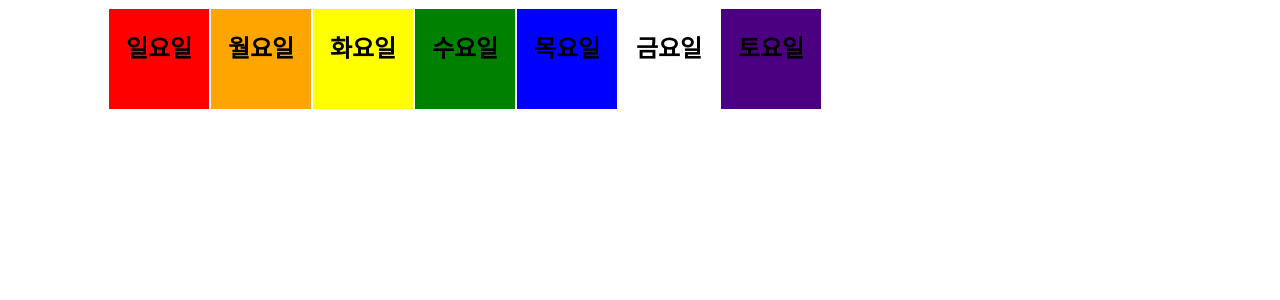
Repository: skim24245/web_workspace_src
Page: Lecture-Web/src/main/webapp/Jquery/html05.html
An editor plug-in stored every save of this project. The page is shown before and after the next save, followed by the edit.
The browser window is 1280 px wide. The pictures show the whole page.

Above is the page before, as saved 2022-05-30 09:33:15.

After the next save:
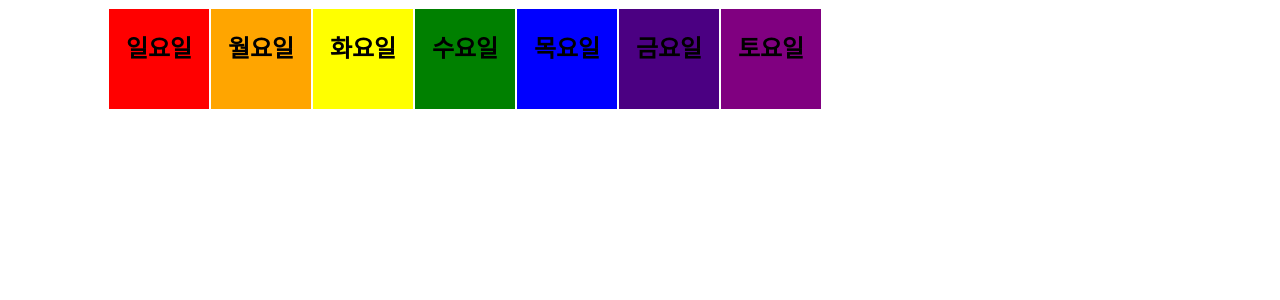
Saved 54 s later.
--- a/Lecture-Web/src/main/webapp/Jquery/html05.html
+++ b/Lecture-Web/src/main/webapp/Jquery/html05.html
@@ -62,7 +62,7 @@ position:  relative;
 .fri {
 width : 100px;
 height : 100px;
-background-color: indiago;
+background-color: indigo;
 position:  relative;
 
 }
@@ -70,7 +70,7 @@ position:  relative;
 .sat {
 width : 100px;
 height : 100px;
-background-color: indigo;
+background-color: purple;
 position:  relative;
 
 }
